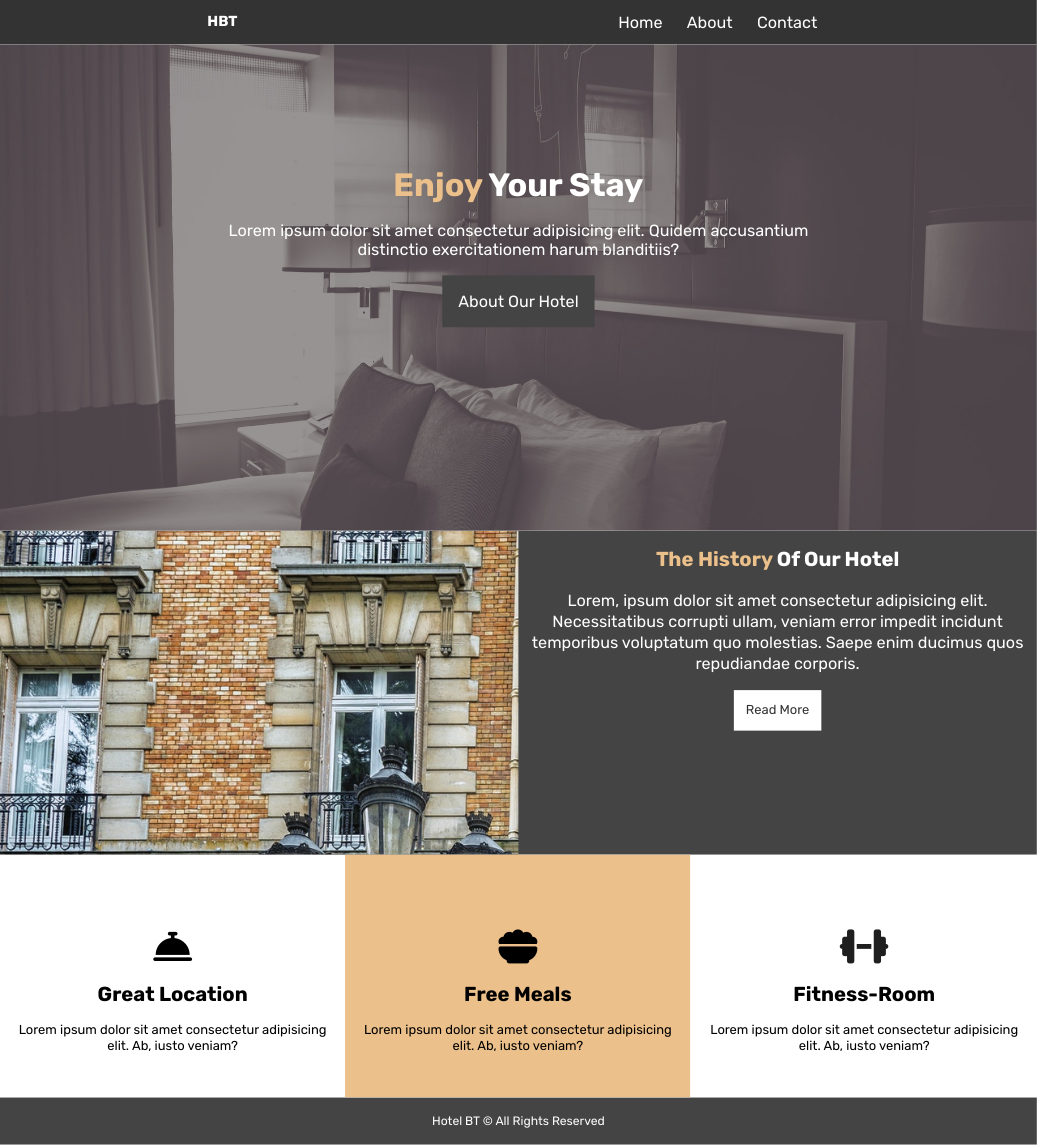
Repository: reemoon-ctrl/35---hotel-website
Page: index.html
The author's editor kept a copy of each file at every save. The page is drawn from the files as they stood at one save, then again after a run of saves.
The browser window is 1280 px wide. The pictures show the whole page, at 81% of full size.
Some web libraries are served in a nearby version.

Above is the page before, as saved 2024-07-24 19:47:50.

After the next 2 saves:
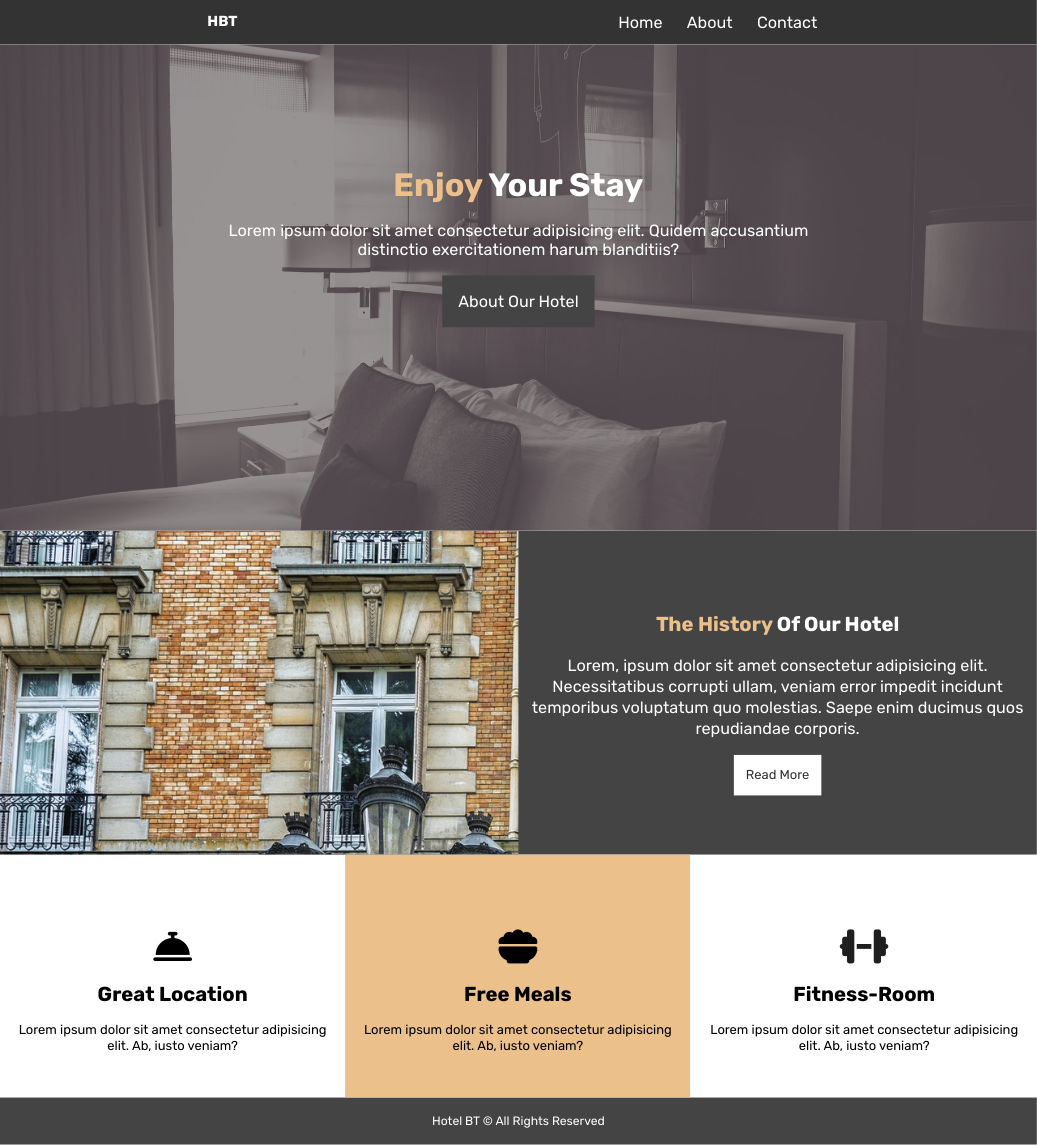
The 2 saves are shown as one change because they came seconds apart.
The last was saved 6 s later.
--- a/index.css
+++ b/index.css
@@ -141,7 +141,7 @@
     font-size: 25px;
     /* font-size: xx-large; */
     margin-bottom: 20px;
-    margin-top53rem;
+    margin-top:5rem;
 }
 .hotel-disc a{
     position:relative;
